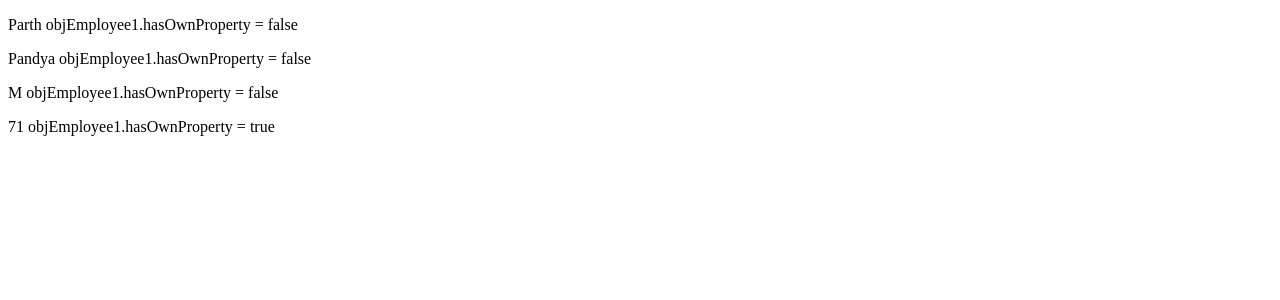
Repository: parthp17/273-Homework1
Page: Homework1/workspace/homework1/WebContent/Inheritance.html
An editor plug-in stored every save of this project. The page is shown before and after the next save, followed by the edit.
The browser window is 1280 px wide. The pictures show the whole page.

Above is the page before, as saved 2016-09-07 18:40:06.

### Homework1/workspace/homework1/WebContent/Inheritance.html
<!DOCTYPE html>
<html>
<head>
<meta charset="ISO-8859-1">
<title>Inheritance</title>
</head>
<script type="text/javascript">
function Person(fname, lname, gender)
{
	this.fname = fname;
	this.lname = lname;
	this.gender = gender;
}

function Employee(empid)
{
	this.empid = empid;
}


function initialize()
{

Employee.prototype = new Person("Parth", "Pandya", "M");
var objEmployee1 = new Employee(71);
document.getElementById("fname").innerHTML = objEmployee1.fname + "		 objEmployee1.hasOwnProperty = "+ objEmployee1.hasOwnProperty("fname");
document.getElementById("lname").innerHTML = objEmployee1.lname +"		 objEmployee1.hasOwnProperty = "+ objEmployee1.hasOwnProperty("lname");
document.getElementById("gender").innerHTML = objEmployee1.gender +"		 objEmployee1.hasOwnProperty = "+ objEmployee1.hasOwnProperty("gender");
document.getElementById("id").innerHTML = objEmployee1.empid +"		 objEmployee1.hasOwnProperty = "+ objEmployee1.hasOwnProperty("empid");
}

</script>
<body onLoad = "initialize()">
<p id = "fname"></p>
<p id = "lname"></p>
<p id = "gender"></p>
<p id = "id"></p>

</body>
</html>

After the next save:
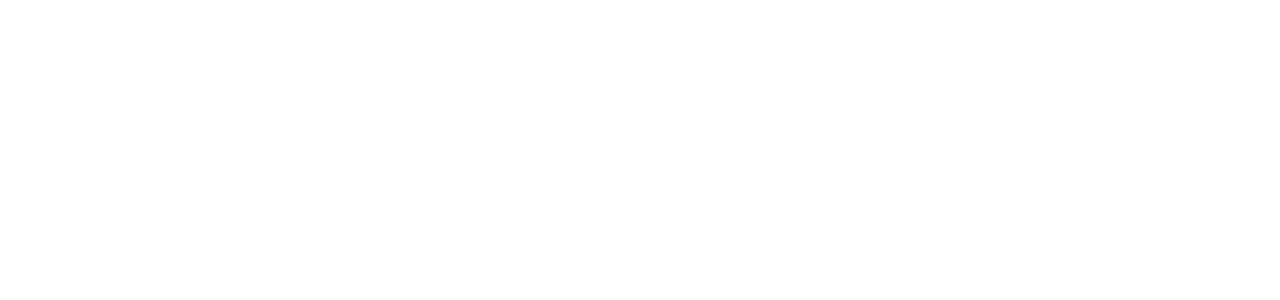
Console error: SyntaxError: Unexpected identifier 'objEmployee1'
Saved 30 s later.
--- a/Homework1/workspace/homework1/WebContent/Inheritance.html
+++ b/Homework1/workspace/homework1/WebContent/Inheritance.html
@@ -23,7 +23,7 @@
 
 Employee.prototype = new Person("Parth", "Pandya", "M");
 var objEmployee1 = new Employee(71);
-document.getElementById("fname").innerHTML = objEmployee1.fname + "		 objEmployee1.hasOwnProperty = "+ objEmployee1.hasOwnProperty("fname");
+document.getElementById("fname").innerHTML = "First name  = "objEmployee1.fname + "		 objEmployee1.hasOwnProperty = "+ objEmployee1.hasOwnProperty("fname");
 document.getElementById("lname").innerHTML = objEmployee1.lname +"		 objEmployee1.hasOwnProperty = "+ objEmployee1.hasOwnProperty("lname");
 document.getElementById("gender").innerHTML = objEmployee1.gender +"		 objEmployee1.hasOwnProperty = "+ objEmployee1.hasOwnProperty("gender");
 document.getElementById("id").innerHTML = objEmployee1.empid +"		 objEmployee1.hasOwnProperty = "+ objEmployee1.hasOwnProperty("empid");

After the save that followed:
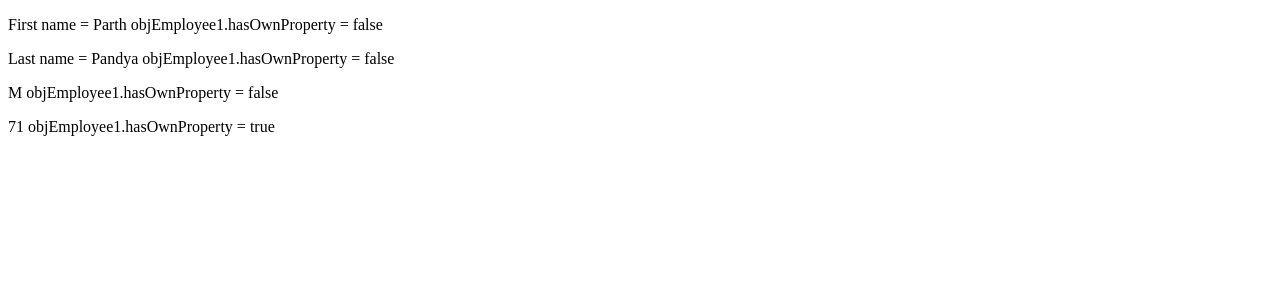
The error is gone.
Saved 11 s later.
--- a/Homework1/workspace/homework1/WebContent/Inheritance.html
+++ b/Homework1/workspace/homework1/WebContent/Inheritance.html
@@ -23,8 +23,8 @@
 
 Employee.prototype = new Person("Parth", "Pandya", "M");
 var objEmployee1 = new Employee(71);
-document.getElementById("fname").innerHTML = "First name  = "objEmployee1.fname + "		 objEmployee1.hasOwnProperty = "+ objEmployee1.hasOwnProperty("fname");
-document.getElementById("lname").innerHTML = objEmployee1.lname +"		 objEmployee1.hasOwnProperty = "+ objEmployee1.hasOwnProperty("lname");
+document.getElementById("fname").innerHTML = "First name  = " + objEmployee1.fname + "		 objEmployee1.hasOwnProperty = "+ objEmployee1.hasOwnProperty("fname");
+document.getElementById("lname").innerHTML = "Last name  = "+  objEmployee1.lname +"		 objEmployee1.hasOwnProperty = "+ objEmployee1.hasOwnProperty("lname");
 document.getElementById("gender").innerHTML = objEmployee1.gender +"		 objEmployee1.hasOwnProperty = "+ objEmployee1.hasOwnProperty("gender");
 document.getElementById("id").innerHTML = objEmployee1.empid +"		 objEmployee1.hasOwnProperty = "+ objEmployee1.hasOwnProperty("empid");
 }
